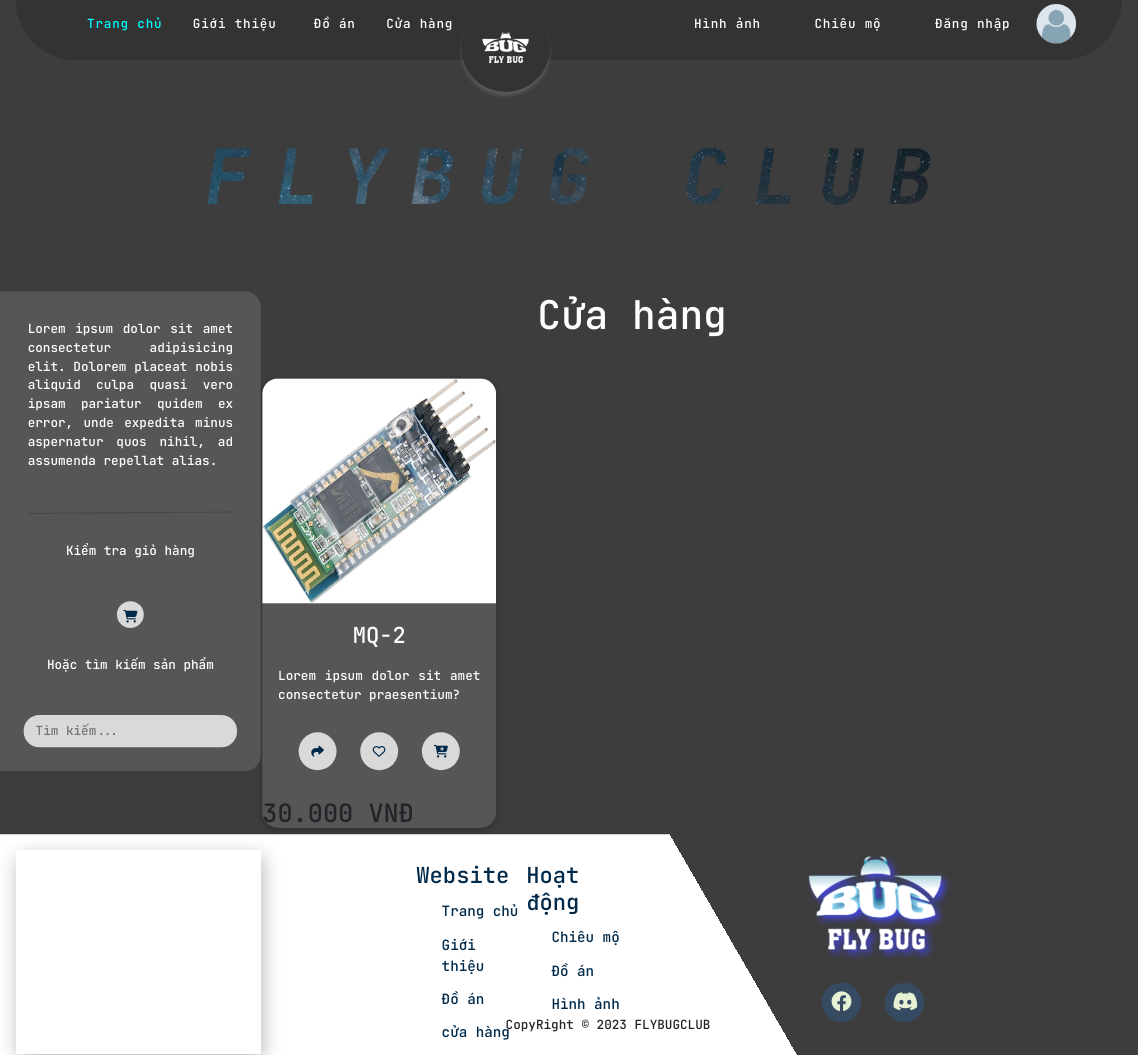
Repository: NQD2308/FlyBugClub_WebApp
Page: PROJECT FLYNUG/html/store.html
These files come from the project's save history. The page is drawn as it stood at one moment and after the next save; the edit follows.
The browser window is 1280 px wide. The page is 1440 px wide, so the pictures cover 1440 px, including what lies to the right of the window. The pictures show the whole page, at 79% of full size.
Pictures or frames that could not be fetched are drawn as grey boxes.

Above is the page before, as saved 2023-09-18 11:23:14.

### PROJECT FLYNUG/html/store.html
<html lang="en">

<head>
    <meta charset="UTF-8">
    <meta name="viewport" content="width=device-width, initial-scale=1.0">
    <title>Document</title>

    <!-- Bootrap 5 -->
    <link href="https://cdn.jsdelivr.net/npm/bootstrap@5.0.2/dist/css/bootstrap.min.css" rel="stylesheet" integrity="sha384-EVSTQN3/azprG1Anm3QDgpJLIm9Nao0Yz1ztcQTwFspd3yD65VohhpuuCOmLASjC" crossorigin="anonymous">

    <!-- Font awesome -->
    <link rel="stylesheet" href="https://cdnjs.cloudflare.com/ajax/libs/font-awesome/6.4.2/css/all.min.css" integrity="sha512-z3gLpd7yknf1YoNbCzqRKc4qyor8gaKU1qmn+CShxbuBusANI9QpRohGBreCFkKxLhei6S9CQXFEbbKuqLg0DA==" crossorigin="anonymous" referrerpolicy="no-referrer" />

    <!-- CSS -->
    <link rel="stylesheet" href="../css/style.css">
    <!-- Reset -->
    <link rel="stylesheet" href="../css/default_setting.css">

    <!-- JetBrains Mono font -->
    <link rel="preconnect" href="https://fonts.googleapis.com">
    <link rel="preconnect" href="https://fonts.gstatic.com" crossorigin>
    <link
        href="https://fonts.googleapis.com/css2?family=JetBrains+Mono:ital,wght@0,300;0,500;0,600;0,700;0,800;1,400&display=swap"
        rel="stylesheet">
</head>

<body>
    <!-- ========================
                #HEADER
        ========================-->
    <header>
        <div class="nav">
            <div class="nav__links">
                <ul class="nav__links-left">
                    <li><a class="active" href="#">Trang chủ</a></li>
                    <li><a href="#">Giới thiệu</li>
                    <li><a href="#">Đồ án</a></li>
                    <li><a href="#">Cửa hàng</a></li>
                </ul>
            </div>
            <div class="logo">
                <img src="../img/logo.png" alt="FlyBug logo">
            </div>
            <div class="nav__links">
                <ul class="nav__links-right">
                    <li><a href="#">Hình ảnh</a></li>
                    <li><a href="#">Chiêu mộ</a></li>
                    <li class="login"><a href="#">Đăng nhập</a></li>
                    <li class="login-Img">
                        <a href="#"><img src="../img/user.png" alt=""></a>
                    </li>
                </ul>
            </div>
        </div>
        <div class="text-logo">
            <img  src="../img/FLYBUG CLUB.png" alt="Photo logo">
        </div>
    </header>

    <section class="body">
        <div class="container">
            <div class="row">
                <div class="col col-md-3 left">
                    <div class="search">
                        <div class="store-note">
                            <p>Lorem ipsum dolor sit amet consectetur adipisicing elit. Dolorem placeat nobis aliquid culpa quasi vero ipsam pariatur quidem ex error, unde expedita minus aspernatur quos nihil, ad assumenda repellat alias.</p>
                        </div>
                        <div class="center">
                            <svg xmlns="http://www.w3.org/2000/svg" width="261" height="4" viewBox="0 0 261 4" fill="none">
                                <path d="M1 2.96216L260.993 0.99995" stroke="#3D3D3D" stroke-opacity="0.8"/>
                            </svg>
                        </div>
                        <div class="shopping-function">
                            <p>Kiểm tra giỏ hàng</p>
                            <div class="center ">
                                <button class="icon-shopping">
                                    <a href="#">
                                        <i class="fa-solid fa-cart-shopping"></i>
                                    </a>
                                </button>
                            </div>
                            <p>Hoặc tìm kiếm sản phẩm</p>
                            <div class="center">
                                <input type="text" placeholder="Tìm kiếm...">
                            </div>
                        </div>
                    </div>
                </div>
                <div class="col col-md-9 right">
                    <div class="store">
                        <h1>Cửa hàng</h1>
                        <div class="item-store">
                            <div class="row">
                                <div class="col col-md-4">
                                    <div class="item-card">
                                        <img src="../img/bluth.jpg" alt="Photo item store">
                                        <h3>MQ-2</h3>
                                        <p>Lorem ipsum dolor sit amet consectetur praesentium?</p>
                                        <div class="center icon-card">
                                            <button class="icon icon-share">
                                                <a href="#">
                                                    <i class="fa-solid fa-share"></i>
                                                </a>
                                            </button>
                                            <button class="icon icon-love">
                                                <a href="#">
                                                    <i class="fa-regular fa-heart"></i>
                                                </a>
                                            </button>
                                            <button class="icon icon-share">
                                                <a href="#">
                                                    <i class="fa-solid fa-cart-plus"></i>
                                                </a>
                                            </button>
                                        </div>
                                        <div class="item-price">
                                            <h2>30.000 VNĐ</h2>
                                        </div>
                                    </div>
                                </div>
                            </div>
                        </div>
                    </div>
                </div>
            </div>
        </div>
    </section>

 <!-- ========================
                #FOOTER
        ========================-->
    <footer class="footer">
        <div class="footer-left">
            <iframe class="ggmap" src="https://www.google.com/maps/embed?pb=!1m18!1m12!1m3!1d15678.190787267133!2d106.64595238715819!3d10.769299600000005!2m3!1f0!2f0!3f0!3m2!1i1024!2i768!4f13.1!3m3!1m2!1s0x31752f7c8bf050ff%3A0x4fa87595d124cc0c!2zVHLGsOG7nW5nIMSQ4bqhaSBo4buNYyBIb2EgU2VuIC0gQ8ahIHPhu58gVGjDoG5oIFRow6Fp!5e0!3m2!1svi!2s!4v1691345035899!5m2!1svi!2s" width="500" height="250" style="border:1;" allowfullscreen="" loading="lazy" referrerpolicy="no-referrer-when-downgrade"></iframe>
        </div>
        <ul class="footer-center">
            <li>
                <h3>Website</h3>

                <ul class="box">
                    <li><a href="#">Trang chủ</a></li>
                    <li><a href="#">Giới thiệu</a></li>
                    <li><a href="#">Đồ án</a></li>
                    <li><a href="#">cửa hàng</a></li>
                </ul>
            </li>
            <li>
                <h3>Hoạt động</h3>

                <ul class="box">
                    <li><a href="#">Chiêu mộ</a></li>
                    <li><a href="#">Đồ án</a></li>
                    <li><a href="#">Hình ảnh</a></li>
                </ul>
            </li>
        </ul>
        <div class="footer-right">
            <div class="img-logo">
                <img src="../img/flybug.png" alt="">
            </div>
            <div class="socials">
                <a href="#"><i class="fa-brands fa-facebook"></i></a>
                <a href="#"><i class="fa-brands fa-discord"></i></a>
            </div>
        </div>

        <div class="footer-bottom">
            <p>CopyRight &copy; 2023 FLYBUGCLUB</p>
        </div>
    </footer>

</body>

</html>

### PROJECT FLYNUG/css/style.css
li,
a,
button {
    list-style: none;
    font-family: 'JetBrains Mono', monospace;
    font-size: 16px;
    text-decoration: none;
    color: #fff;
    cursor: url(../img/bug-icon.png) 5 5, auto !important;
}
body {
    cursor: url(../img/bug-icon.png) 5 5, auto !important;
}
a {
    cursor: url(../img/bug-icon.png) 5 5, auto;
}
body {
    background-color: #3d3d3d;
}

/* =========================
        #HEADER
    =========================*/
header {
    /* position: fixed; */
    width: 1440px;
    /* height: 80px; */
    /* border-bottom: 1px solid #00000026; */




    /* backdrop-filter: blur(20px); */
}

header .nav {
    width: 1400px;
    margin: 0 auto;
    max-width: 100%;
    background: #333;
    border-radius: 0px 0px 80px 80px;
    display: flex;
    justify-content: space-between;
    align-items: center;
    padding: 0 3%;
    top: 0%;
    z-index: 10;
    box-shadow: rgba(0, 0, 0, 0.3) 2.72076px ;
    /* border: 1px solid red; */
}

header .nav ul {
    display: flex;
    align-items: center;
}

header .nav ul li {
    margin: 5px 15px;
    letter-spacing: 1px;
}

header .nav .logo {
    /* border: 1px solid red; */
    width: 7rem;
    height: 7rem;
    position: absolute;
    left: 50%;
    transform: translate(-50%, 20%);
    background-color: #333;
    overflow: hidden;
    border-radius: 100%;
    box-shadow: 0 5px 5px rgba(204, 204, 204, .2);
}

header .logo img {
    width: 100%;
    height: 100%;
    object-fit: cover;
}

header .nav__links {
    width: 40%;
    height: 100%;
}
header .nav__links ul li a{
    transition: .3s ease;
}
header .nav__links ul > li:hover a{
    color: aqua;
}
header .nav__links-left,
header .nav__links-right {
    justify-content: space-between;
}

.active {
    color: aqua;
}

.nav__links-right li:last-child {
    width: 50px;
    height: 50px;
}

header .nav__links-right {
    margin-left: -20px;
}

header .nav__links-right .login-img {
    margin-left: -20px;
}

header .text-logo{
    display: flex;
    justify-content: center;
    width: 1440px;
    background-color: #3d3d3d;
    /* border: 1px solid white; */
    padding: 110px 0;
}

/* ================================ */
/* ============= BODY ============= */
/* ================================ */

/*  @############ LEFT ############@ */

section.body .container{
    max-width: 1440px;
}
section.body .left{
    padding-left: 0;
}

section.body .search{
    width: 330px;
    background-color: #565656;
    border-radius: 0 20px 20px 0;
    position: relative;
    left: 0;
}

.body .search store-note{
    display: flex;
    justify-content: center;
}

.body .search p{
    color: #FFF;
    text-align: justify;
    padding: 35px;
}

.body .search .shopping-function p{
    text-align: center;
}

.body .search .shopping-function button.icon-shopping{
    width: 34px;
    height: 34px;
    border-radius: 50%;
    background-color: #D9D9D9;
    border: none;
}

.body .search .shopping-function .icon-shopping i{
    display: flex;
    justify-content: center;
    width: 24px;
    color: #012A4A;
    transition: all .25s ease-in;
    /* border: 1px solid orange; */
    border-radius: 50%;
    padding: 10px 16px 6px 17px;
}

.body .search .shopping-function button.icon-shopping:hover i{
    color: orange;
    transition: all .25s ease-in;
}

.body .search .shopping-function input{
    width: 270px;
    padding: 10px 15px;
    border-radius: 20px;
    border: none;
    background-color: #D9D9D9;
    margin-bottom: 30px;
}

/*  @############ RIGHT ############@ */

.body .right .store h1{
    color: white;
    text-align: center;
    font-size: 50px;
    margin-bottom: 50px;
}

.body .right .store .item-card{
   background-color: #565656;
    /* border: white 1px solid; */
    border-radius: 20px;
    box-shadow: rgba(0, 0, 0, 0.24) 0px 3px 8px;
}

.body .right .store img {
    height: 285px;
    background-size: cover;
    background-position: center;
    background-attachment: fixed;
    border-radius: 20px 20px 0 0;
}

.body .right .store h3{
    margin: 23px 0;
    text-align: center;
    color: white;
}

.body .right .store p{
    color: white;
    text-align: justify;
    padding: 0 20px;
    font-size: 16px;
    margin: 15px 0;
}

.body .right .store .icon-card{
    margin: 20px 0;
}

.body .right .store .icon-card .icon{
    width: 48px;
    height: 48px;
    border: none;
    margin: 15px;
    background-color: #D9D9D9;
    border-radius: 50%;
}

.body .right .store .icon-card .icon i{
    /* border: orange 1px solid; */
    color: #012A4A;
    padding: 15px;
    border-radius: 50%;
    transition: all .25s ease-in;
}

.body .right .store .icon-card .icon :hover i{
    /* border: orange 1px solid; */
    rotate: 360deg;
    transition: all .25s ease-in;
}

.body .right .store .icon-card .item-price{
    background-color: #D9D9D9;
    border: none;
    border-radius: 20px;
}

.body .right .store .icon-card .item-price h2{
    text-align: center;

}

/* =========================
        #FOOTER
         background-image: linear-gradient(60deg, white 70%, #3d3d3d 25%);
    =========================*/
footer {
    /* width: 100%; */
    position: relative;
    height: 280px;
    background-color: #333;
    background-image: linear-gradient(60deg, white 70%, #3d3d3d 25%);

    display: flex;
    flex-flow: row wrap;
    justify-content: space-between;
    padding: 20px;
    overflow: hidden;
}

.footer>* {
    width: calc(100% / 4);
}

.footer ul li,
.footer ul li a {
    color: #012A4A;
    font-size: 18px;
}

.footer-left {
    margin-right: 1.25em;
    margin-bottom: 2em;
    box-shadow: rgba(0, 0, 0, 0.3) 2.72076px 8px 24px;
}

.footer-left iframe {
    border-radius: 5px;
}

.footer-center {
    display: flex;
    flex-flow: row wrap;
    justify-content: space-between;
}

.footer-center>* {
    width: calc(100% / 2);
}

.footer-center li {
    margin: 15px 0;
}

.footer-center .box li a {
    transition: .3s ease;
}

.footer-center .box>li:hover a {
    margin-left: 10px;
    color: #4444dd;
    font-weight: bold;
}

.footer-right {
    height: 100%;
    margin: -10px 0;
    display: flex;
    align-items: center;
    flex-flow: row wrap;
    justify-content: center;
}

.footer-right .img-logo {
    width: 100%;
    display: flex;
    justify-content: center;
}

.footer-right img {
    width: 60%;
    filter: drop-shadow(5px 5px 5px #4444dd);
}

.socials a {
    background: #364a62;
    width: 50px;
    height: 50px;
    display: inline-block;
    text-align: center;
    margin: 0 10px;
    border-radius: 100%;
    transition: 0.4s ease;
}

.socials a i {
    color: #e7f2d4;
    padding: 10px;
    font-size: 26px;
}

.socials>a:first-child:hover {
    background-color: #4267B2;
    transform: rotate(1turn);
}

.socials>a:last-child:hover {
    background-color: #7289da;
    transform: rotate(1turn);
}

.footer-bottom {
    position: absolute;
    bottom: 10;
    left: 50%;
}


.main  {
    height: 100vh;
}

### PROJECT FLYNUG/css/default_setting.css
html {
  max-width: 1440px;
  margin: auto;
	line-height: 1.5;
	box-sizing: border-box;
	scroll-behavior: smooth;
  }
  * {
	margin: 0;
	padding: 0;
  font-family: 'JetBrains Mono', monospace;
  }
  *,
  *:before,
  *:after {
	box-sizing: border-box;
  }
  input,
  textarea,
  select,
  button {
	outline: none;
	font: inherit;
  }
  input {
	line-height: normal;
  }
  label,
  button {
	cursor: pointer;
	user-select: none !important;
  }
  ul {
	list-style: none;
  }
  a {
	text-decoration: none;
  }
  img,
  picture,
  video,
  canvas,
  svg {
	display: block;
	max-width: 100%;
	user-select: none !important;
  }

  p,
  h1,
  h2,
  h3,
  h4,
  h5,
  h6 {
	overflow-wrap: break-word;
  }

  /* Mobie: width < 740px */
  @media only screen and (max-width: 46.1875em) {
    input[type="color"],
    input[type="date"],
    input[type="datetime"],
    input[type="datetime-local"],
    input[type="email"],
    input[type="month"],
    input[type="number"],
    input[type="password"],
    input[type="search"],
    input[type="tel"],
    input[type="text"],
    input[type="time"],
    input[type="url"],
    input[type="week"],
    select:focus,
    textarea {
      font-size: 16px;
    }
  }

  .center{
    display: flex;
    justify-content: center;
  }

After the next save:
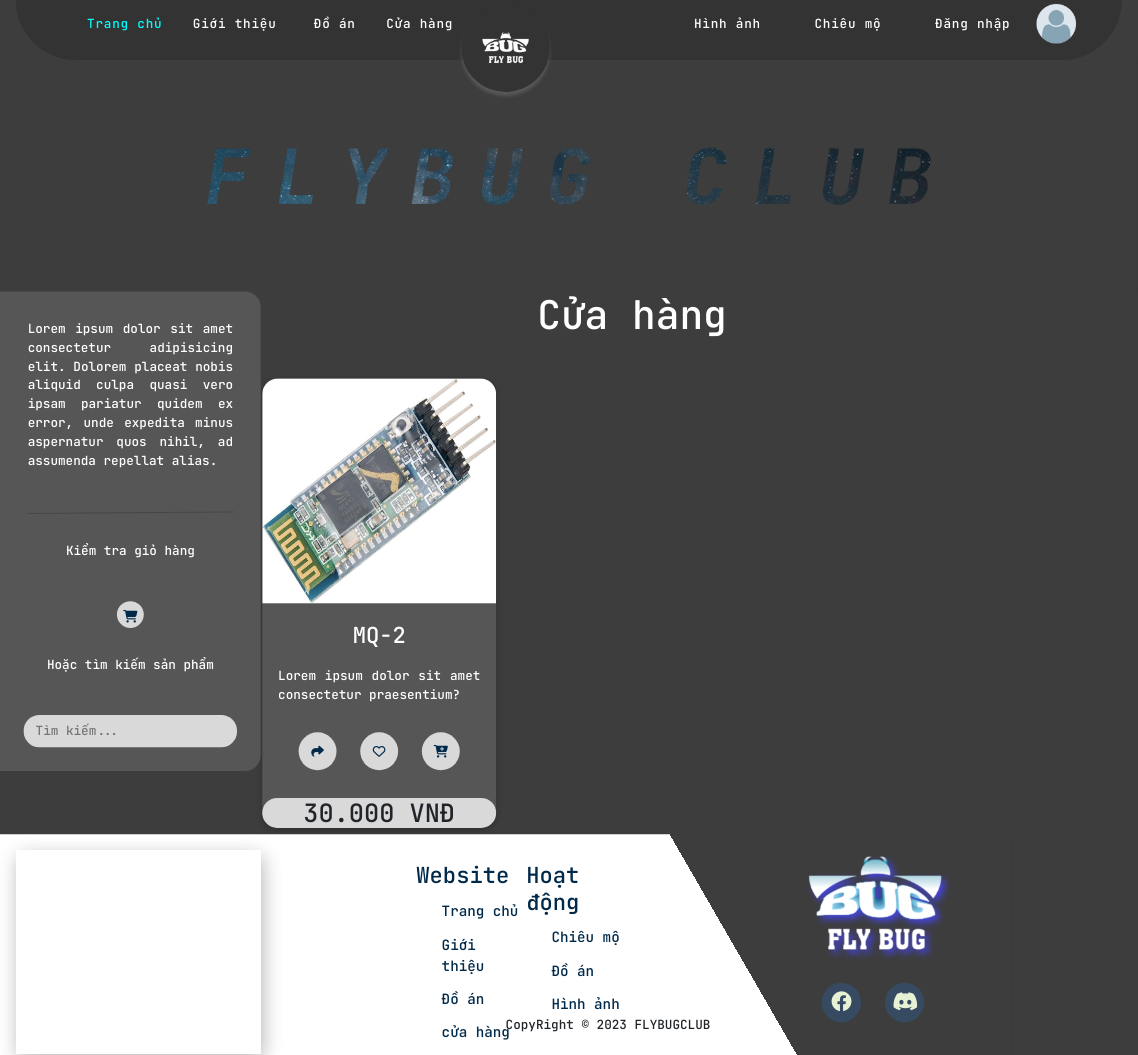
Saved 31 s later.
--- a/PROJECT FLYNUG/css/style.css
+++ b/PROJECT FLYNUG/css/style.css
@@ -253,13 +253,13 @@
     transition: all .25s ease-in;
 }
 
-.body .right .store .icon-card .item-price{
+.body .right .store .item-card .item-price{
     background-color: #D9D9D9;
     border: none;
     border-radius: 20px;
 }
 
-.body .right .store .icon-card .item-price h2{
+.body .right .store .item-card .item-price h2{
     text-align: center;
 
 }
